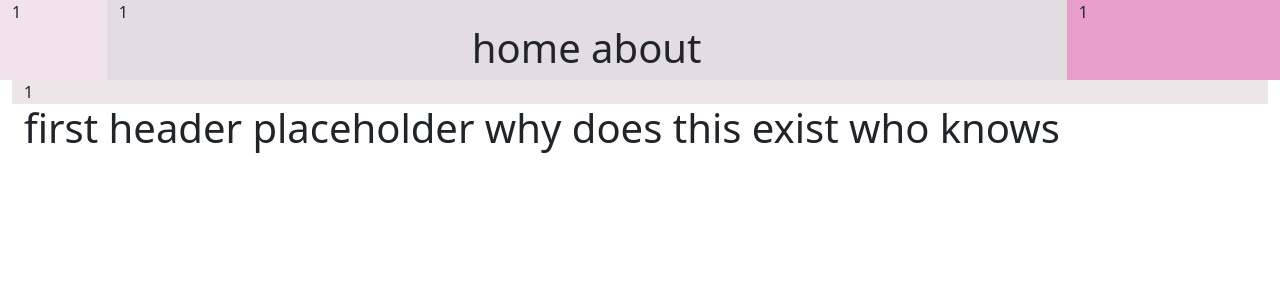
Repository: Treestr/classroom-assistant
Page: templates/homepage.html
An editor plug-in stored every save of this project. The page is shown before and after the next save, followed by the edit.
The browser window is 1280 px wide. The pictures show the whole page.
The template is drawn by Flask 3. The application's start-up code is not run. The template is opened directly, without the code that normally fills it, so the values that code supplies are empty.

Above is the page before, as saved 2024-04-21 19:47:05.

After the next save:
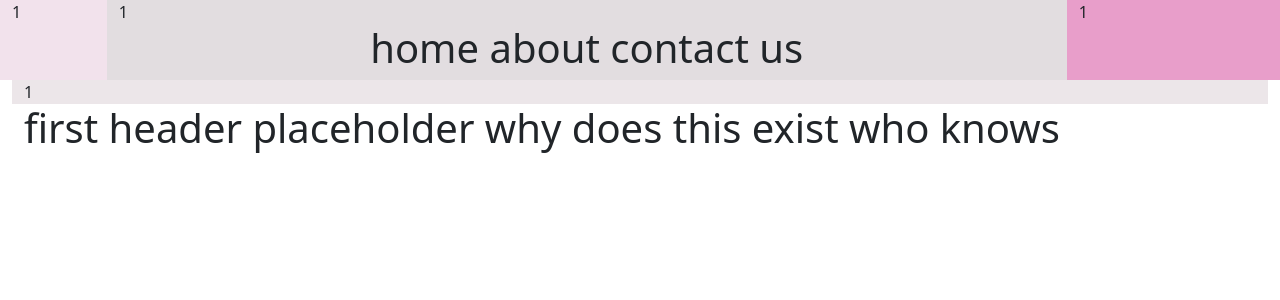
Saved 16 s later.
--- a/templates/homepage.html
+++ b/templates/homepage.html
@@ -16,7 +16,7 @@
       <div class="row">
         <div class="col-1" style="background-color: rgb(242, 226, 236)">1</div>
           <div class="col-9" style="background-color: rgb(226, 221, 224)">1
-          <h1><center>home about  </center></h1>
+          <h1><center>home about contact us </center></h1>
         </div>
 
 
